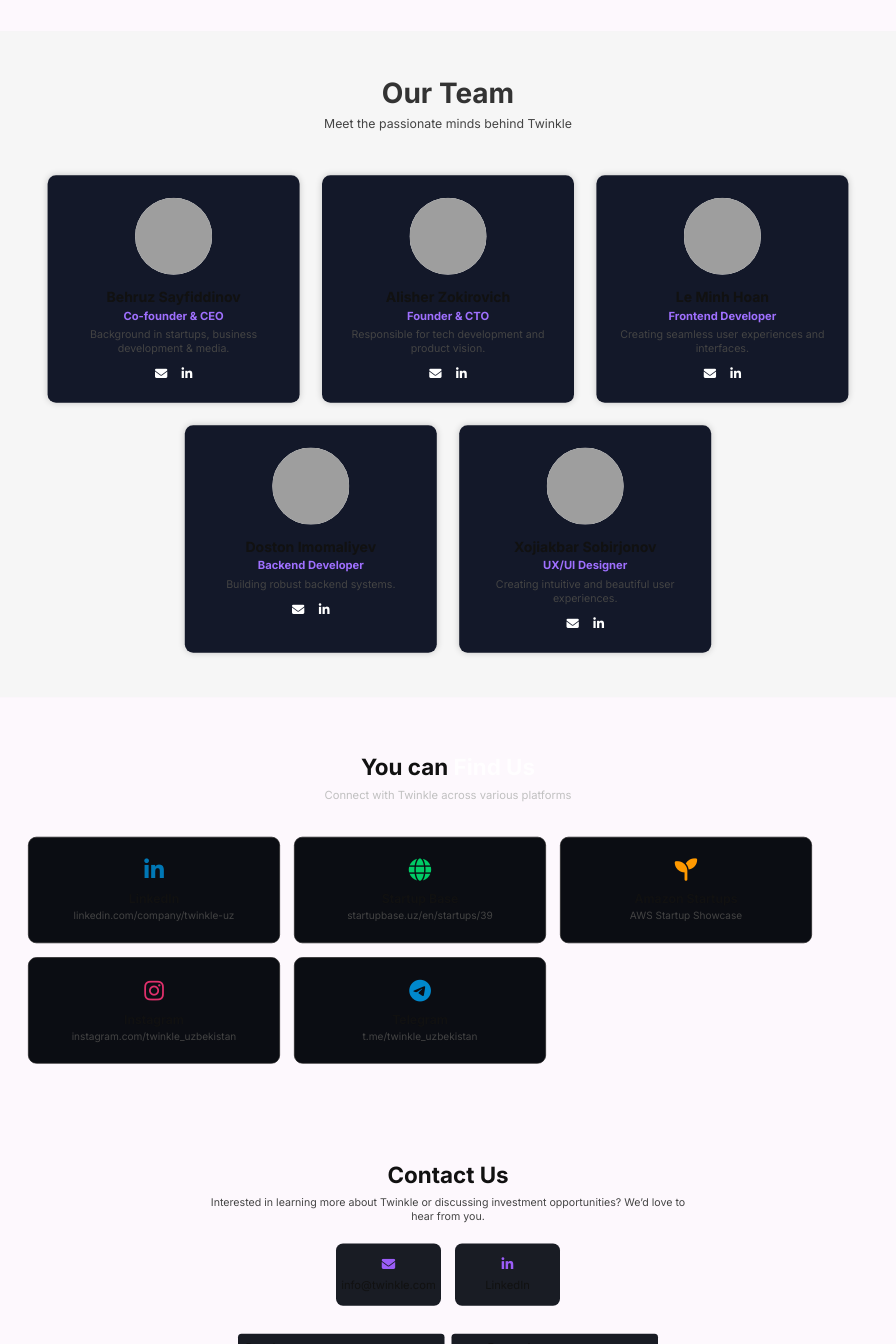
Repository: techboy-33/Twinkle-web
Page: index.html
These files come from the project's save history. The page is drawn as it stood at one moment and after a run of saves; the edit follows.
The browser window is 1280 px wide. The pictures show the part of the page from y = 2009 to 3929 px (the page is 4288 px tall before and 4292 px after), at 70% of full size.
Empty fields were first filled with sample values (such as "Sample", 5 or name@example.com).
After loading, the first visible `#theme-toggle` was clicked once.
Pictures or frames that could not be fetched are drawn as grey boxes.

Above is the page before, as saved 2025-05-15 12:27:10.

### index.html
<!DOCTYPE html>
<html lang="en">

<head>
    <meta charset="UTF-8" />
    <meta name="viewport" content="width=device-width, initial-scale=1.0" />
    <title>Twinkle</title>
    <link href="styles.css" rel="stylesheet" />
    <link href="https://fonts.googleapis.com/css2?family=Inter:wght@400;600;700&display=swap" rel="stylesheet">
    <link rel="stylesheet" href="https://cdnjs.cloudflare.com/ajax/libs/font-awesome/6.5.0/css/all.min.css">
    <link rel="stylesheet" href="./base.css">
    <link rel="stylesheet" href="./responsive.css">
</head>

<body>
    <header class="navbar">
        <div class="container nav-inner">
            <div class="logo">Twinkle</div>
            <div class="nav-right">
                <nav class="nav-links">
                    <a href="#">General Info</a>
                    <a href="#">News</a>
                    <a href="#">Team</a>
                </nav>
                <div class="nav-icons">
                    <button class="icon-btn">
                        <i class="fa-solid fa-globe"></i>
                    </button>
                    <button class="icon-btn" id="theme-toggle">
                        <i class="fa-solid fa-sun"></i>
                    </button>
                    <button class="icon-btn contact-btn">Contact</button>
                    <button class="hamburger-menu" id="menu-toggle">
                        <i class="fa-solid fa-bars"></i>
                    </button>
                </div>
            </div>
        </div>
    </header>
    <section class="hero">
        <div class="hero-inner">
            <h1>Twinkle</h1>
            <p class="subtitle">
                A social media platform uniting creators who produce high-quality, intellectual, and value-driven
                content with innovative filtering and multi-monetization models.
            </p>

            <div class="info-grid">
                <div class="info-card">
                    <h3>Founded</h3>
                    <p>15th of December 2024</p>
                </div>
                <div class="info-card">
                    <h3>Headquarters</h3>
                    <p>Samarkand, Uzbekistan (remote)</p>
                </div>
                <div class="info-card">
                    <h3>Focus</h3>
                    <p>Creator economy, empowering media industry</p>
                </div>
                <div class="info-card">
                    <h3>Target Market</h3>
                    <p>Uzbekistan, Global Expansion</p>
                </div>
            </div>

            <button class="learn-btn">Learn More
                <i class="fa-solid fa-chevron-down"></i>
            </button>
        </div>
    </section>
    <main class="container">
        <section class="general-info">
            <h2>General Info</h2>
            <div class="info-columns">
                <div class="left">
                    <div>
                        <p class="strong">Industry</p>
                        <p>Social Media, Creator Economy</p>
                    </div>
                    <div>
                        <p class="strong">Business Model</p>
                        <p>Platform, Subscription, Transaction Fees</p>
                    </div>
                    <div>
                        <p class="strong">Location</p>
                        <p>Tashkent, Uzbekistan</p>
                    </div>
                    <div>
                        <p class="strong">Stage</p>
                        <p>Pre-Seed</p>
                    </div>
                </div>
                <div class="right">
                    <div>
                        <p class="strong">Description</p>
                        <p>Twinkle is designed to build a community of high-caliber, educational content creators while
                            creating a next-generation media platform that enables expanded monetization opportunities.
                        </p>
                    </div>
                    <div>
                        <p class="strong">Investment Needs</p>
                        <p>Seeking investment for platform development, marketing, team expansion, and operational
                            costs.
                        </p>
                    </div>
                    <button class="pitch-btn">View Pitch Deck
                        <i class="fa-solid fa-download"></i>
                    </button>
                </div>
            </div>
        </section>
    </main>
    <section class="news-section">
        <div class="container">
            <h2 class="news-title">Latest News</h2>
            <p class="news-subtitle">Updates and insights from our LinkedIn</p>

            <div class="news-grid">
                <!-- News Card 1 -->
                <div class="news-card">
                    <h3>Twinkle Announces Partnership with Local Creator Hub</h3>
                    <p>We're excited to announce our new partnership with the Central Asian Creator Hub, which will help
                        us connect with more talented content creators in the region...</p>
                    <div class="news-meta">
                        <span>📅 June 15, 2023</span>
                        <a href="#">Read More</a>
                    </div>
                </div>

                <!-- News Card 2 -->
                <div class="news-card">
                    <h3>The Future of Content Monetization in Emerging Markets</h3>
                    <p>Our CEO Behruz Sayfiddinov shares insights on how content creators in emerging markets can
                        leverage new monetization strategies to build sustainable careers...</p>
                    <div class="news-meta">
                        <span>📅 May 28, 2023</span>
                        <a href="#">Read More</a>
                    </div>
                </div>

                <!-- News Card 3 -->
                <div class="news-card">
                    <h3>Twinkle Featured in 'Startups to Watch' List</h3>
                    <p>We're honored to be included in this year's 'Startups to Watch' list by Tech Central Asia. This
                        recognition highlights our innovative approach to content creation...</p>
                    <div class="news-meta">
                        <span>📅 April 10, 2023</span>
                        <a href="#">Read More</a>
                    </div>
                </div>

                <!-- News Card 4 -->
                <div class="news-card">
                    <h3>Building a Quality-First Content Platform</h3>
                    <p>In our latest blog post, CTO Alisher Zokirovich discusses the technical challenges of building a
                        platform that prioritizes quality content while maintaining scalability...</p>
                    <div class="news-meta">
                        <span>📅 March 22, 2023</span>
                        <a href="#">Read More</a>
                    </div>
                </div>
            </div>

            <div class="view-all-wrapper">
                <button class="view-all-btn">View All Updates
                    <i class="fa-brands fa-linkedin-in"></i>
                </button>
            </div>
        </div>
    </section>
    <section class="team-section">
        <div class="container">
            <h2 class="team-title">Our Team</h2>
            <p class="team-subtitle">Meet the passionate minds behind Twinkle</p>

            <div class="team-grid">
                <!-- Team Members -->
                <div class="team-card">
                    <img src="https://encrypted-tbn0.gstatic.com/images?q=tbn:ANd9GcR9CMIiPoEBXCQ0sEX700hf1_gQ1kkmD3HA4w&s"
                        alt="Behruz">
                    <h3>Behruz Sayfiddinov</h3>
                    <p class="role">Co-founder & CEO</p>
                    <p class="desc">Background in startups, business development & media.</p>
                    <div class="icons">
                        <a href="#"><i class="fas fa-envelope"></i></a>
                        <a href="#"><i class="fab fa-linkedin-in"></i></a>
                    </div>
                </div>

                <div class="team-card">
                    <img src="https://encrypted-tbn0.gstatic.com/images?q=tbn:ANd9GcR9CMIiPoEBXCQ0sEX700hf1_gQ1kkmD3HA4w&s"
                        alt="Alisher">
                    <h3>Alisher Zokirovich</h3>
                    <p class="role">Founder & CTO</p>
                    <p class="desc">Responsible for tech development and product vision.</p>
                    <div class="icons">
                        <a href="#"><i class="fas fa-envelope"></i></a>
                        <a href="#"><i class="fab fa-linkedin-in"></i></a>
                    </div>
                </div>

                <div class="team-card">
                    <img src="https://encrypted-tbn0.gstatic.com/images?q=tbn:ANd9GcR9CMIiPoEBXCQ0sEX700hf1_gQ1kkmD3HA4w&s"
                        alt="Member">
                    <h3>Le Minh Hoan</h3>
                    <p class="role">Frontend Developer</p>
                    <p class="desc">Creating seamless user experiences and interfaces.</p>
                    <div class="icons">
                        <a href="#"><i class="fas fa-envelope"></i></a>
                        <a href="#"><i class="fab fa-linkedin-in"></i></a>
                    </div>
                </div>

                <div class="team-card">
                    <img src="https://encrypted-tbn0.gstatic.com/images?q=tbn:ANd9GcR9CMIiPoEBXCQ0sEX700hf1_gQ1kkmD3HA4w&s"
                        alt="Member">
                    <h3>Doston Imomaliyev</h3>
                    <p class="role">Backend Developer</p>
                    <p class="desc">Building robust backend systems.</p>
                    <div class="icons">
                        <a href="#"><i class="fas fa-envelope"></i></a>
                        <a href="#"><i class="fab fa-linkedin-in"></i></a>
                    </div>
                </div>

                <div class="team-card">
                    <img src="https://encrypted-tbn0.gstatic.com/images?q=tbn:ANd9GcR9CMIiPoEBXCQ0sEX700hf1_gQ1kkmD3HA4w&s"
                        alt="Member">
                    <h3>Xojiakbar Sobirjonov</h3>
                    <p class="role">UX/UI Designer</p>
                    <p class="desc">Creating intuitive and beautiful user experiences.</p>
                    <div class="icons">
                        <a href="#"><i class="fas fa-envelope"></i></a>
                        <a href="#"><i class="fab fa-linkedin-in"></i></a>
                    </div>
                </div>
            </div>
        </div>
    </section>
    <section class="find-us-section">
        <div class="container">
            <h2 class="find-us-title">You can <span>Find Us</span></h2>
            <p class="find-us-subtitle">Connect with Twinkle across various platforms</p>
            <div class="find-us-grid">
                <div class="find-us-card linkedin">
                    <i class="fab fa-linkedin-in"></i>
                    <h3>LinkedIn</h3>
                    <p>linkedin.com/company/twinkle-uz</p>
                </div>
                <div class="find-us-card startup-base">
                    <i class="fas fa-globe"></i>
                    <h3>Startup Base</h3>
                    <p>startupbase.uz/en/startups/39</p>
                </div>
                <div class="find-us-card amazon">
                    <i class="fas fa-seedling"></i>
                    <h3>Amazon Startups</h3>
                    <p>AWS Startup Showcase</p>
                </div>
                <div class="find-us-card instagram">
                    <i class="fab fa-instagram"></i>
                    <h3>Instagram</h3>
                    <p>instagram.com/twinkle_uzbekistan</p>
                </div>
                <div class="find-us-card telegram">
                    <i class="fab fa-telegram-plane"></i>
                    <h3>Telegram</h3>
                    <p>t.me/twinkle_uzbekistan</p>
                </div>
            </div>
        </div>
    </section>
    <section class="contact-section">
        <div class="container contact-container">
            <h2 class="contact-title">Contact Us</h2>
            <p class="contact-description">
                Interested in learning more about Twinkle or discussing investment opportunities? We’d love to hear from
                you.
            </p>

            <div class="contact-methods">
                <div class="contact-box">
                    <i class="fas fa-envelope"></i>
                    <p>info@twinkle.com</p>
                </div>
                <div class="contact-box">
                    <i class="fab fa-linkedin-in"></i>
                    <p>LinkedIn</p>
                </div>
            </div>

            <form class="contact-form">
                <div class="form-row">
                    <input type="text" placeholder="Name" required />
                    <input type="email" placeholder="Email" required />
                </div>
                <input type="text" placeholder="Subject" required />
                <textarea placeholder="Message" rows="5" required></textarea>
                <button type="submit" class="send-btn">Send Message</button>
            </form>
        </div>

    </section>
    <footer class="contact-footer">
        <p class="footer-brand">Twinkle</p>
        <p class="footer-rights">© 2025 Twinkle, Inc. All rights reserved.</p>
    </footer>
    <script src="./js.js"></script>
</body>

</html>

### base.css
body.light-mode {
  background-color: #fdf8fd;
  color: #111111;
}

body.light-mode .logo {
  color: #111111 !important;
}

body.light-mode .navbar {
  border-bottom: 1px solid #e5e7eb;
}

body.light-mode .general-info,
body.light-mode .team-section,
body.light-mode .general-info h2,
body.light-mode .strong {
  background-color: #f6f6f6;
  color: #333 !important;
}

body.light-mode .general-info p {
  color: #757576;
}

body.light-mode .navbar,
body.light-mode .hero,
body.light-mode .icon-btn,
body.light-mode .hamburger-menu,
body.light-mode .text-muted-foreground,
body.light-mode .news-section,
body.light-mode .find-us-section,
body.light-mode .contact-section,
body.light-mode .contact-footer {
  background-color: #fdf8fd !important;
  color: #111111 !important;
}

body.light-mode .info-card {
  border: none;
  background-color: #ffffff !important;
  border: 1px solid #e5e7eb !important;
}

body.light-mode .info-card h3 {
  color: #333;
}

body.light-mode .info-card p {
  color: #757576;
}

body.light-mode .news-card,
body.light-mode .team-card,
body.light-mode .find-us-card,
body.light-mode .contact-box,
body.light-mode .contact-form input,
body.light-mode .contact-form textarea {
  color: #111111 !important;
}

body.light-mode .news-card {
  border: 1px solid #e4e4e4;
  background-color: #ffffff !important;

}

body.light-mode .news-card p {
  color: #757576;
}

body.light-mode a {
  color: #4f46e5;
}

body.light-mode .subtitle,
body.light-mode .news-subtitle,
body.light-mode .team-subtitle,
body.light-mode .desc,
body.light-mode .find-us-card p,
body.light-mode .contact-description {
  color: #444 !important;
}

### responsive.css
@media (max-width: 768px) {

    .navbar {
        width: 100vw;
        overflow-x: hidden;
    }

    .nav-links,
    .contact-btn {
        display: none;
    }

    .hamburger-menu {
        display: block;
        background-color: #0f172a;
        color: #d1d5db;
        border: none;
        font-size: 18px;
    }

    .nav-inner {
        max-width: 1200px;
        width: 100%;
        padding: 0 26px;
        margin: 0 auto;
        display: flex;
        justify-content: space-between;
        align-items: center;
    }

    .nav-right {
        gap: 12px;
    }

    .nav-icons {
        display: flex;
        align-items: center;
        justify-content: flex-end;
        gap: 16px;
    }


    .nav-open .nav-links {
        display: flex;
        flex-direction: column;
        background-color: #1e293b;
        position: absolute;
        top: 70px;
        right: 20px;
        padding: 12px;
        border-radius: 8px;
        gap: 12px;
        z-index: 1001;
    }

    .nav-open .contact-btn {
        display: block;
        width: 100%;
    }

    /* hero */
    .hero {
        padding: 80px 0;
    }

    .hero-inner {
        padding: 0 26px;
    }

    .hero-inner h1 {
        font-size: 36px;
    }

    .subtitle {
        font-size: 16px;
        max-width: 100%;
        margin-bottom: 40px;
    }

    .info-grid {
        grid-template-columns: 1fr;
        gap: 20px;
    }

    .info-card {
        padding: 20px;
    }

    .learn-btn {
        font-size: 14px;
        padding: 10px 24px;
    }

    /* General  Info Section */
    .general-info {
        padding: 60px 26px 70px 26px;
    }

    .general-info h2 {
        font-size: 26px;
        margin: 10px 0 60px 0;
    }

    .info-columns {
        flex-direction: column;
        gap: 40px;
    }

    .info-columns .left,
    .info-columns .right {
        flex: none;
        width: 100%;
    }

    .info-columns p {
        font-size: 15px;
        line-height: 22px;
    }

    .info-columns p strong {
        margin-bottom: 10px;
    }

    .pitch-btn {
        margin: 26px 0;
    }

    /* new section */
    .news-section {
        padding: 60px 26px;
    }

    .news-title,
    .news-subtitle {
        padding-left: 0;
    }

    .news-title {
        font-size: 1.5rem;
        margin: 20px 0;
    }

    .news-subtitle {
        font-size: 0.95rem;
        margin-bottom: 60px;
    }

    .news-grid {
        grid-template-columns: 1fr;
        gap: 20px;
    }

    .news-card {
        padding: 30px 20px;
    }

    .news-card h3 {
        font-size: 1rem;
    }

    .news-card p {
        font-size: 13px;
    }

    .news-meta {
        gap: 6px;
    }

    .view-all-btn {
        width: 50%;
        padding: 12px;
        font-size: 15px;
    }

    /* Teams section*/
    .team-title {
        margin-bottom: 20px;
    }

    /* Find Us */
    .find-us-title {
        margin-bottom: 20px;
    }

    .find-us-grid {
        justify-content: center;
    }

    /* Contact */
    .contact-form {
        width: 100%;
        padding: 0 16px;
    }
    .contact-section {
        padding: 60px 20px 60px 20px;
    }

    .form-row {
        flex-direction: column;
        gap: 10px;
    }

    .contact-form input,
    .contact-form textarea {
        font-size: 1rem;
        padding: 12px;
    }

    .send-btn {
        margin-top: 20px;
    }
}

Loaded but not shown: js.js (15 lines, source omitted); styles.css (599 lines, source omitted)

After the next 2 saves:
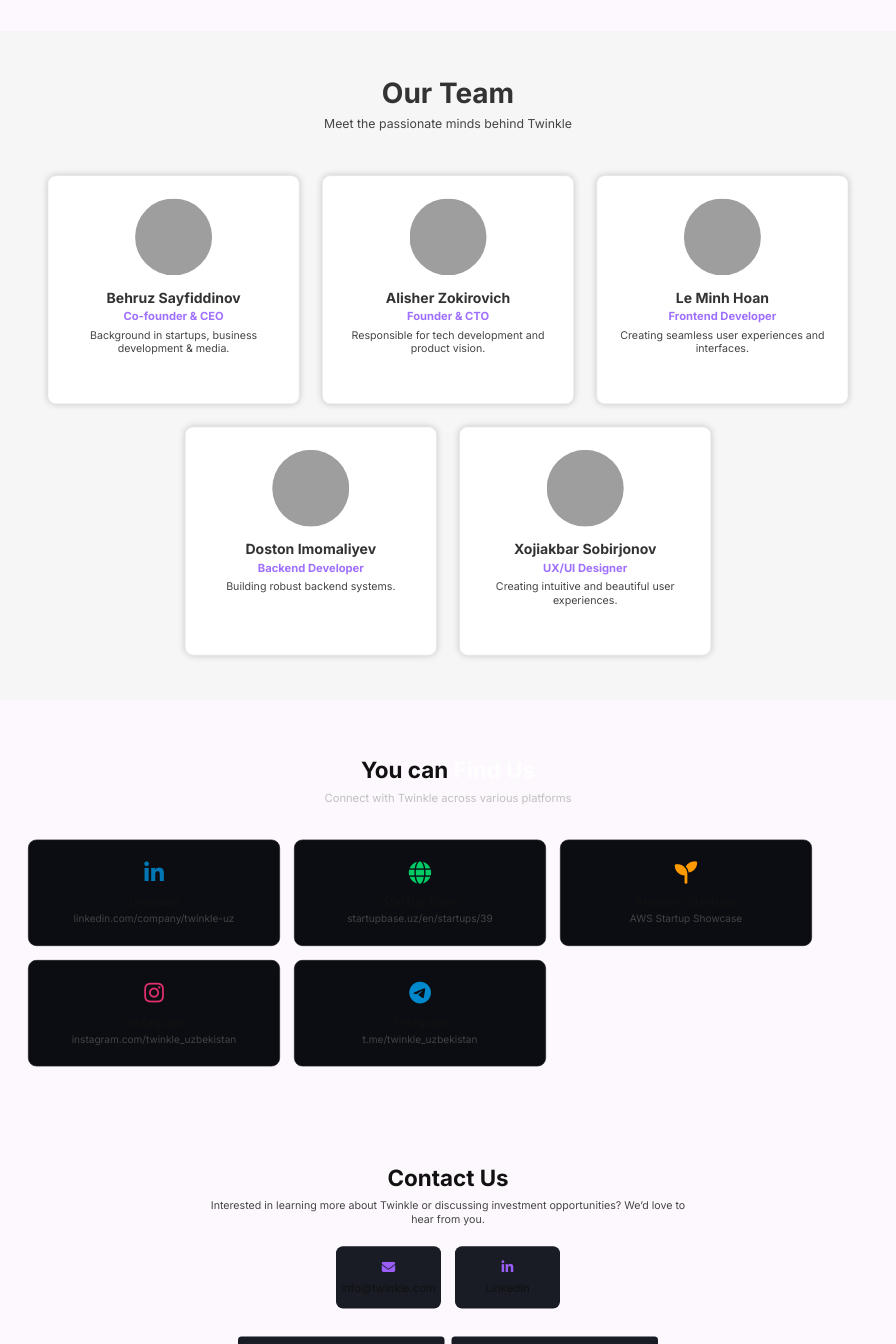
The 2 saves are shown as one change because they came seconds apart.
The last was saved 83 s later.
--- a/base.css
+++ b/base.css
@@ -36,7 +36,8 @@
   color: #111111 !important;
 }
 
-body.light-mode .info-card {
+body.light-mode .info-card,
+body.light-mode .team-card {
   border: none;
   background-color: #ffffff !important;
   border: 1px solid #e5e7eb !important;
@@ -51,7 +52,6 @@
 }
 
 body.light-mode .news-card,
-body.light-mode .team-card,
 body.light-mode .find-us-card,
 body.light-mode .contact-box,
 body.light-mode .contact-form input,
